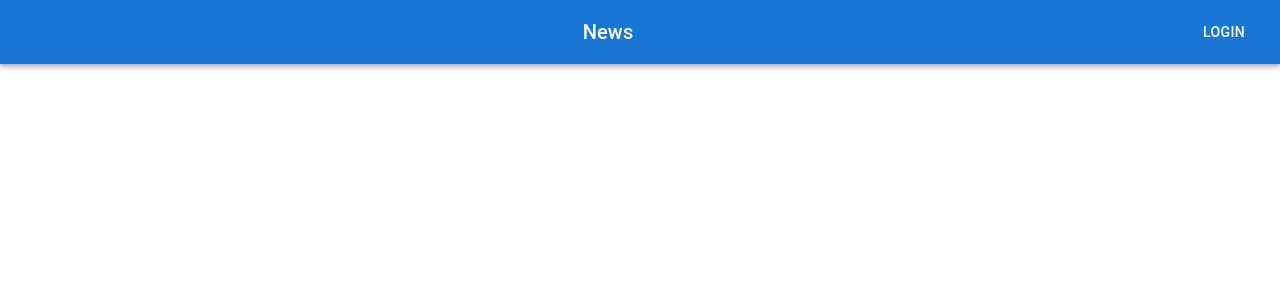
Repository: meherujjahan/nellie-client-site
Page: /
The author's editor kept a copy of each file at every save. The page is drawn from the files as they stood at one save, then again after the next save.
The browser window is 1280 px wide. The pictures show the whole page.
The project was rebuilt for these pictures with package versions that can differ from the ones it lists, and the page was loaded fresh each time.

Above is the page before, as saved 2022-03-09 15:17:31.

### src/App.js
import './App.css';
import Header from './views/components/Header/Header';

function App() {
  return (
    <div className="App">
     <Header/>
    </div>
  );
}

export default App;

### src/views/components/Header/Header.js
import AppBar from '@mui/material/AppBar';
import Box from '@mui/material/Box';
import Button from '@mui/material/Button';
import Toolbar from '@mui/material/Toolbar';
import Typography from '@mui/material/Typography';
import React from 'react';

const Header = () => {
    return (
        <Box sx={{ flexGrow: 1 }}>
      <AppBar position="static">
        <Toolbar>

          <Typography variant="h6" component="div" sx={{ flexGrow: 1 }}>
            News
          </Typography>
          <Button color="inherit">Login</Button>
        </Toolbar>
      </AppBar>
    </Box>
    );
};

export default Header;

Loaded but not shown: public/index.html (common file); src/index.js (common file); src/index.css (common file); src/reportWebVitals.js (common file); src/App.css (common file)

After the next save:
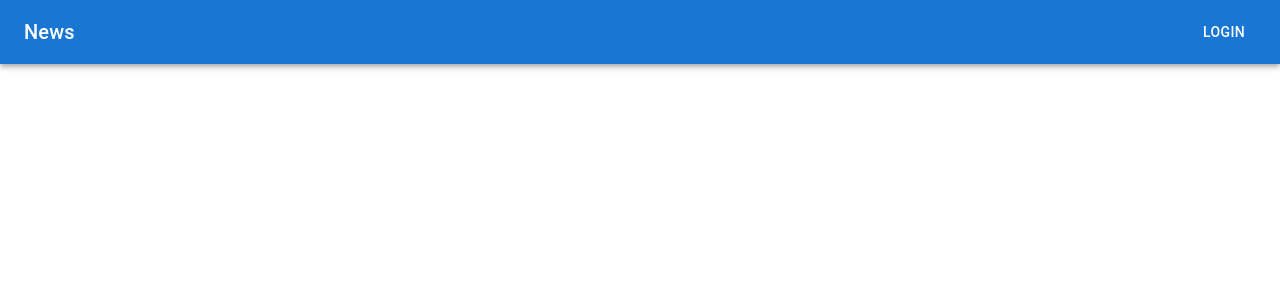
Saved 70 s later.
--- a/src/views/components/Header/Header.js
+++ b/src/views/components/Header/Header.js
@@ -11,7 +11,7 @@
       <AppBar position="static">
         <Toolbar>
 
-          <Typography variant="h6" component="div" sx={{ flexGrow: 1 }}>
+          <Typography variant="h6" component="div" sx={{ flexGrow: 1, textAlign: 'left' }}>
             News
           </Typography>
           <Button color="inherit">Login</Button>
